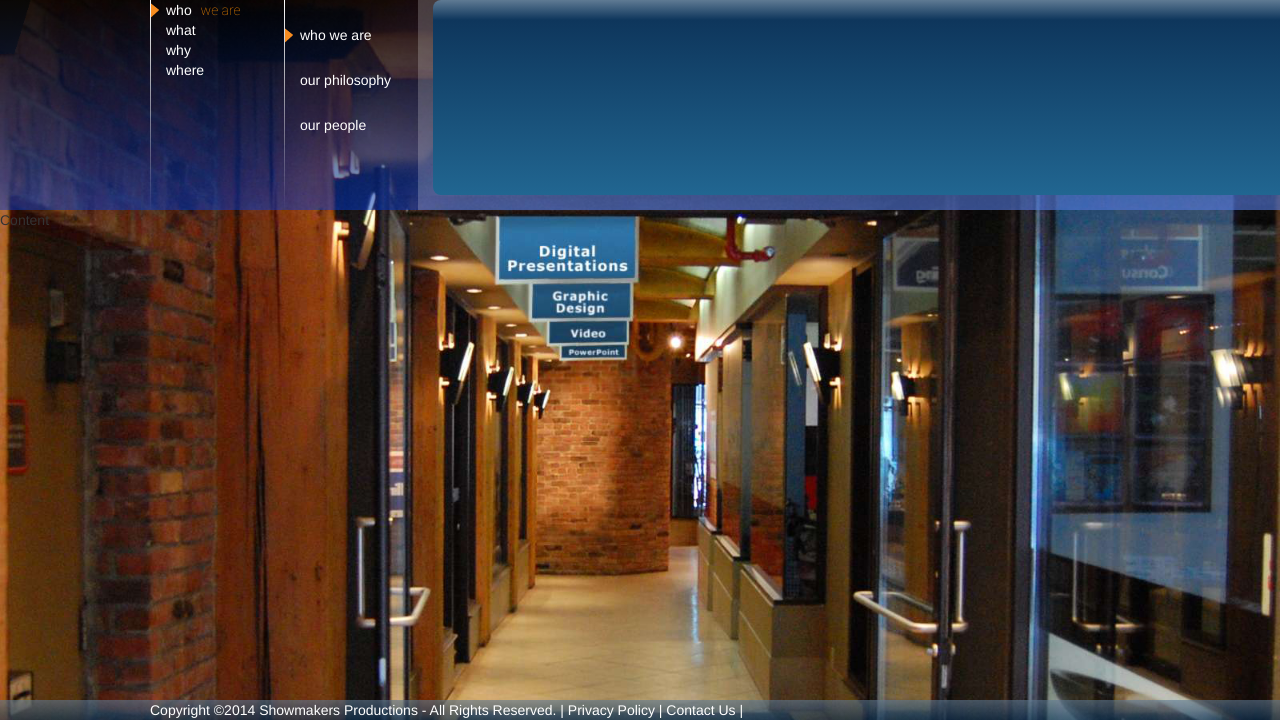
Repository: EddieMachete/showmakers
Page: index.html
The author's editor kept a record of every edit. The page is drawn from the files as they stood at one moment, then again after the next edit.
The browser window is 1280 px wide. The pictures show the whole page.

Above is the page before.
Console error: TypeError: Cannot read properties of undefined (reading 'querySelector')

After the next edit:
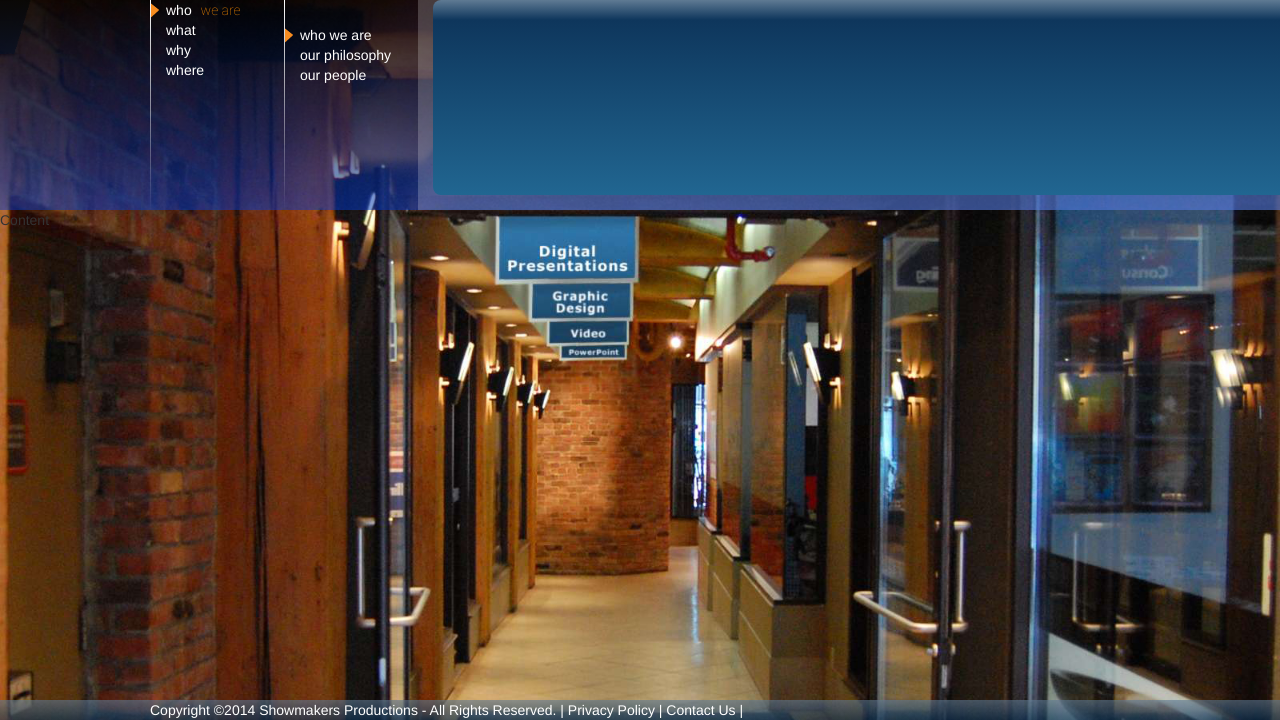
The edit:
--- a/Css/main.css
+++ b/Css/main.css
@@ -197,7 +197,10 @@
 }
 
 .l-navigation .sub-sections .tall {
-	margin: 25px 0;
+	margin: 0;
+
+	-webkit-transition: margin 300ms; /* For Safari 3.1 to 6.0 */
+    transition: margin 300ms;
 }
 
 .l-navigation .sub-sections.is-active {

After the 2 edits that followed:
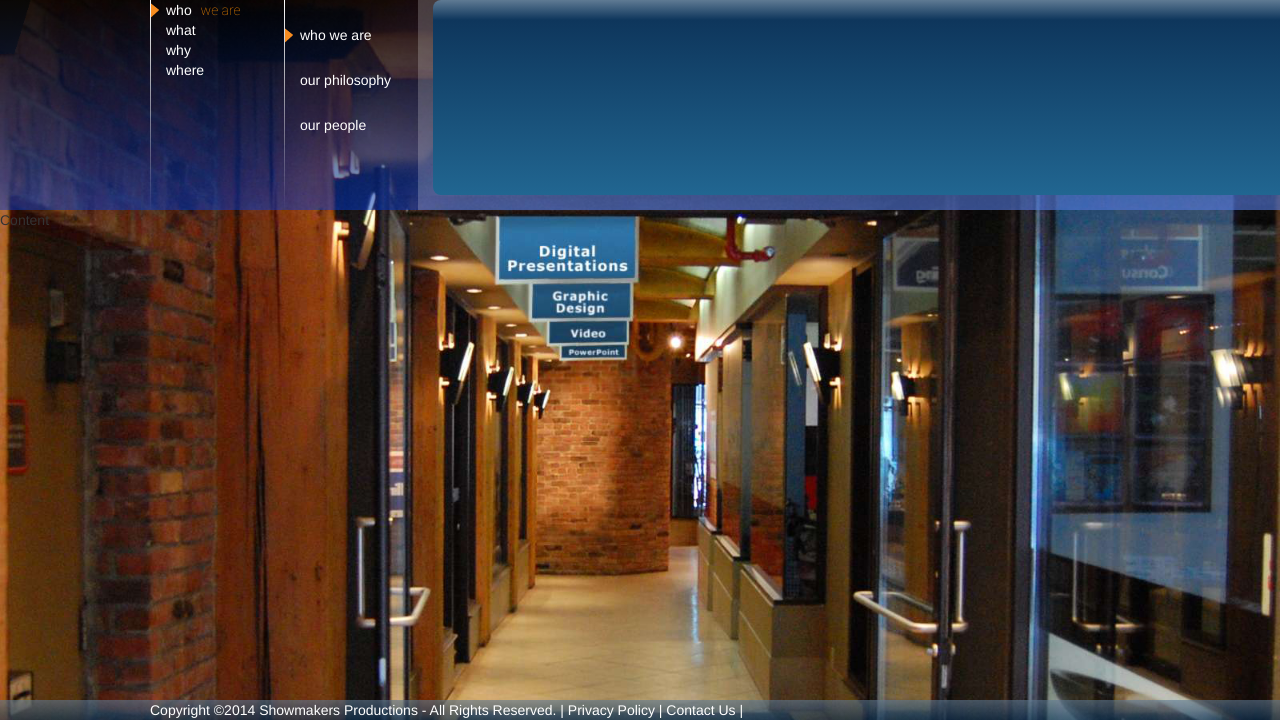
The 2 edits are shown as one change because 1 left the picture as it was.
The edit:
--- a/Css/main.css
+++ b/Css/main.css
@@ -159,7 +159,7 @@
 	background-position: -10px;
 	/*margin: 25px 0;*/
 
-	-webkit-transition: background-position 500ms; /* For Safari 3.1 to 6.0 */
+	-webkit-transition: background-position 300ms; /* For Safari 3.1 to 6.0 */
     transition: background-position 300ms;
 }
 
@@ -208,6 +208,10 @@
 	margin: 25px 0;
 }
 
+.l-navigation .sub-sections.is-active .tall {
+	margin: 25px 0;
+}
+
 /* End Navigation blocks*/
 
 .l-navigation .content {
